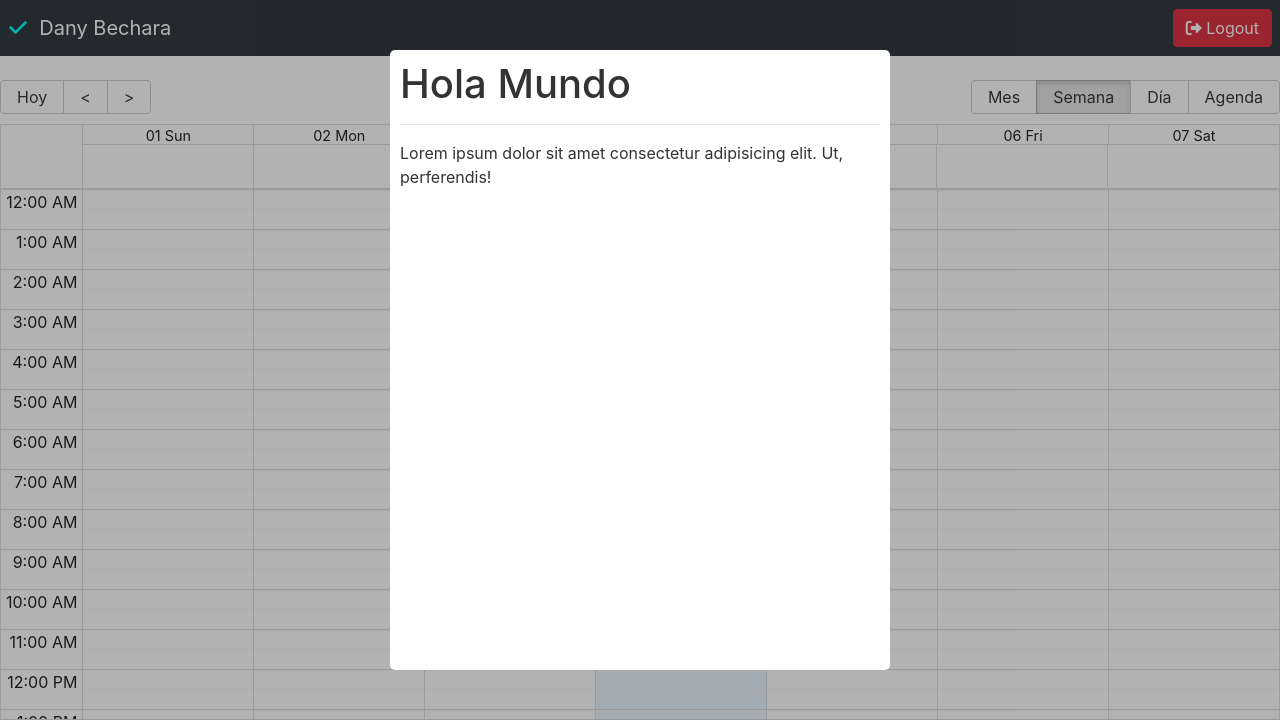
Repository: bechara611/calendar-frontend
Page: /
An editor plug-in stored every save of this project. The page is shown before and after the next save, followed by the edit.
The browser window is 1280 px wide. The pictures show the whole page.
An inner scrolling area shows only its first screen. The project was rebuilt for these pictures with package versions that can differ from the ones it lists, and the page was loaded fresh each time. Also part of the build but not shown: vite.config.js. Imported but missing from the stored project, and not drawn on this page: src/auth.

Above is the page before, as saved 2023-01-05 11:11:44.

### index.html
<!DOCTYPE html>
<html lang="en">
  <head>
    <meta charset="UTF-8" />
    <link rel="icon" type="image/svg+xml" href="/vite.svg" />
    <meta name="viewport" content="width=device-width, initial-scale=1.0" />
    <title>CalendarDB</title>
    <link rel="stylesheet" href="https://cdn.jsdelivr.net/npm/bootstrap@4.5.3/dist/css/bootstrap.min.css" integrity="sha384-TX8t27EcRE3e/ihU7zmQxVncDAy5uIKz4rEkgIXeMed4M0jlfIDPvg6uqKI2xXr2" crossorigin="anonymous">
    <link rel="stylesheet" href="https://cdnjs.cloudflare.com/ajax/libs/font-awesome/6.2.1/css/all.min.css" integrity="sha512-MV7K8+y+gLIBoVD59lQIYicR65iaqukzvf/nwasF0nqhPay5w/9lJmVM2hMDcnK1OnMGCdVK+iQrJ7lzPJQd1w==" crossorigin="anonymous" referrerpolicy="no-referrer" />
  </head>
  <body>
    <div id="root"></div>
    <script type="module" src="/src/main.jsx"></script>
  </body>
</html>

### src/main.jsx
import React from 'react'
import ReactDOM from 'react-dom/client'
import { BrowserRouter } from 'react-router-dom'
import { CalendarApp } from './CalendarApp'
import './styles.css'

ReactDOM.createRoot(document.getElementById('root')).render(


    <BrowserRouter>
      <CalendarApp />
    </BrowserRouter>

)

### src/CalendarApp.jsx
import React from 'react'
import { AppRouter } from './router/AppRouter'

export const CalendarApp = () => {
  return (
   <AppRouter></AppRouter>
  )
}

### src/styles.css
:root {
    --ColorAzul: blue;
  }

### src/router/AppRouter.jsx
import React from 'react'
import { Navigate, Route, Routes } from 'react-router-dom'
import { LoginPages } from '../auth/'
import { CalendarPages } from '../calendar/'


export const AppRouter = () => {
 // const authStatus = 'not-authenticated'
  const authStatus = 'authenticated'
  return (
    <Routes>
      {
        (authStatus === 'not-authenticated'
          ? <Route path='/auth/*' element={<LoginPages></LoginPages>}></Route>
          : <Route path='/*' element={<CalendarPages></CalendarPages>}></Route>
        )
      }
      <Route path='/*' element={<Navigate to={'/auth/login'}></Navigate>}></Route>

    </Routes>
  )
}

### src/calendar/index.js
export * from './pages/CalendarPages'
export * from './components/NavBar'

### src/calendar/pages/CalendarPages.jsx

import 'react-big-calendar/lib/css/react-big-calendar.css'
import React, { useState } from 'react'
import { Calendar } from 'react-big-calendar'
import { NavBar } from '../components/NavBar'
import { localizer } from '../../helpers/'
import { getMessages } from '../../helpers/Messages'
import { CalendarEvent } from '../components/CalendarEvent'
import { addHours } from "date-fns";
import { CalendarModal } from '../components/CalendarModal'

export const Events = [{
  title: 'Cumple de dany',
  notes: 'Torta para Dany',
  start: new Date(),
  end: addHours(new Date(), 3),
  bgColor: '#fafafa',
  user: {
    id: '123',
    name: 'Dany Bechara'
  }
}]




export const CalendarPages = () => {

const [lastView, setlastView] = useState(localStorage.getItem('lastview')|| 'week')

const onDoubleClick = (evento) => {
  console.log({ doubleClick: evento })
}
const onClick = (evento) => {
  console.log({ Click: evento })
}
const onViewChange = (evento) => {

  localStorage.setItem('lastview',evento)
  setlastView(localStorage.getItem('lastview'));
}

const eventStyleGetter = (event, start, end, isSelected) => {
  const style = {
    backgroundColor: isSelected ?  '#347CF7' : '',
    borderRadius: '0px',
    fontSize:'12px',
    opacity: 0.8,
    color: 'white'
  }
    return { style }
}
  return (
    <>
      <NavBar></NavBar>
      <Calendar
      view={lastView}
        localizer={localizer}
        events={Events}
        startAccessor="start"
        endAccessor="end"
        messages={getMessages()}
        style={{ height: 'calc( 100vh - 80px )' }}
        eventPropGetter={eventStyleGetter}
        components={{
          event: CalendarEvent
        }}
        onDoubleClickEvent={onDoubleClick}
        onSelectEvent={onClick}
        onView={onViewChange}
      />
      <CalendarModal></CalendarModal>
    </>

  )
}

### src/calendar/components/NavBar.jsx
import React from 'react'
import './NavBar.css'
export const NavBar = () => {
  return (
    <div className="navbar navbar-dark bg-dark mb-4 px-2">
    <span className='navbar-brand'>

    <i className="fa-sharp fa-solid fa-check icono"></i>

    &nbsp;
    Dany Bechara
    </span>
    <button className='btn btn-danger '>
    <i className="fa-solid fa-right-from-bracket"></i>

    <span> Logout</span>
    </button>
    </div>
  )
}

### src/helpers/index.js
export * from './CalendarLocalizer'

### src/helpers/Messages.js
export const getMessages =()=>{
    return {
        allDay: 'Todo el día',
        previous: '<',
        next: '>',
        today: 'Hoy',
        month: 'Mes',
        week: 'Semana',
        day: 'Día',
        agenda: 'Agenda',
        date: 'Fecha',
        time: 'Hora',
        event: 'Evento',
        noEventsInRange: 'No hay eventos en este rango',
        showMore: total => `+ Ver más (${total})`
    };
}

### src/calendar/components/CalendarEvent.jsx
import React from 'react'

export const CalendarEvent = ({ event }) => {

    const { title, user } = event
    return (
        <>
            <strong>{title}</strong>
            <span> - {user.name}</span>
        </>)
}

### src/calendar/components/CalendarModal.jsx
import React, { useState } from 'react'
import ReactModal from 'react-modal'
import Modal from 'react-modal'
import './CalendarModal.css'
const customStyles = {
    content: {
        top: '50%',
        left: '50%',
        right: 'auto',
        bottom: 'auto',
        marginRight: '-50%',
        transform: 'translate(-50%, -50%)',
    },
};
Modal.setAppElement('#root');
export const CalendarModal = () => {
    const [isOpen, setisOpen] = useState(true)

    const onCloseModal = () => {
        console.log('cerrando modal')
        setisOpen(false)
    }
    return (
        <>
            <Modal
                isOpen={isOpen}
                onRequestClose={onCloseModal}
                style={customStyles}
                className='modal'
                overlayClassName='modal-fondo'
                closeTimeoutMS={200}
            >
                <h1>Hola Mundo</h1>
                <hr />
                <p>Lorem ipsum dolor sit amet consectetur adipisicing elit. Ut, perferendis!</p>
            </Modal>
        </>
    )
}

### src/calendar/components/NavBar.css
.icono{
color: aqua;
}

### src/helpers/CalendarLocalizer.js
import {format,parse,startOfWeek,getDay} from 'date-fns'
import enUS from 'date-fns/locale/en-US'
import { dateFnsLocalizer } from 'react-big-calendar'

const locales = {
    'en-US': enUS,
  }

 export const localizer = dateFnsLocalizer({
    format,
    parse,
    startOfWeek,
    getDay,
    locales,
  })

### src/calendar/components/CalendarModal.css
/* Modal */
.ReactModalPortal > div{
    opacity: 0;
}

.ReactModalPortal .ReactModal__Overlay {
    align-items: center;
    display: flex;
    justify-content: center;
    transition: opacity .2s ease-in-out;
    z-index: 999;
}

.modal-fondo {
    background-color: rgba(0, 0, 0, 0.3);
    bottom: 0;
    left: 0;
    right: 0;
    top: 0;
    position: fixed;
}

.ReactModalPortal .ReactModal__Overlay--after-open {
    opacity: 1;
}

.ReactModalPortal .ReactModal__Overlay--before-close {
    opacity: 0;
}

.modal {
    background: white;
    border-radius: 5px;
    color: rgb(51, 51, 51);
    display: inline;
    max-height: 620px;
    max-width: 500px;
    outline: none;
    padding: 10px;
}

After the next save:
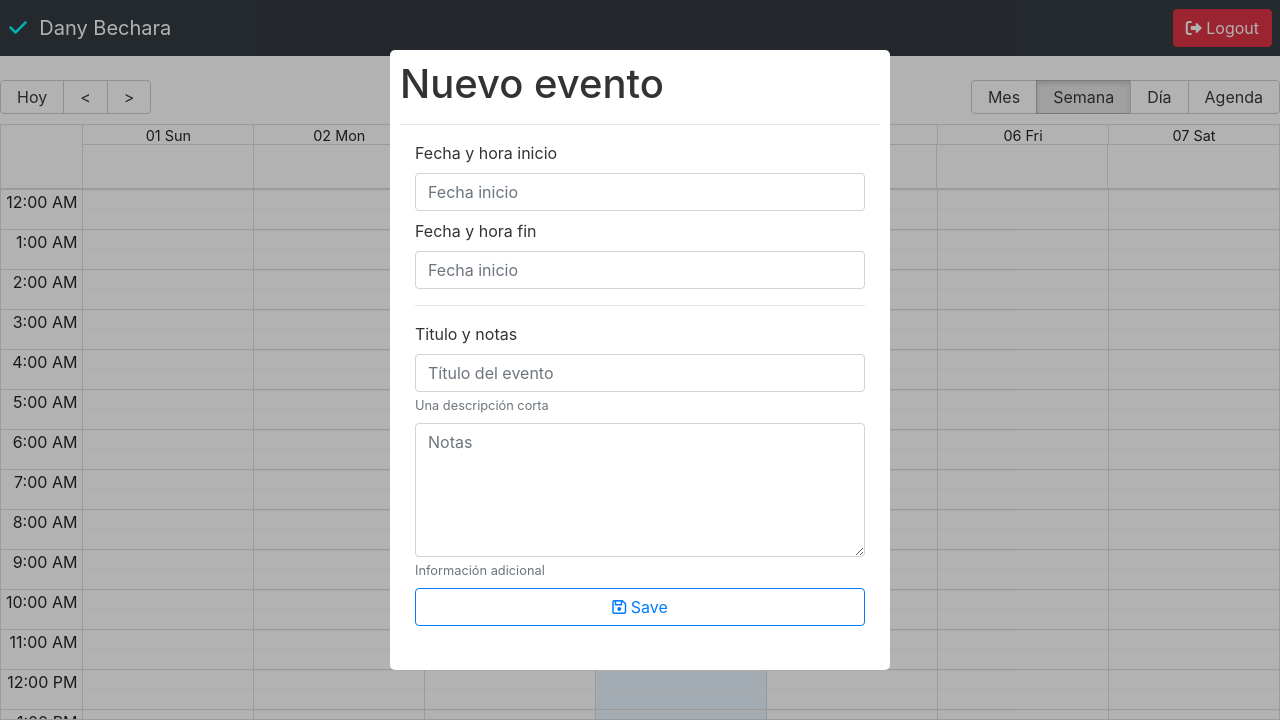
Saved 8 min 20 s later.
--- a/src/calendar/components/CalendarModal.jsx
+++ b/src/calendar/components/CalendarModal.jsx
@@ -30,9 +30,53 @@ export const CalendarModal = () => {
                 overlayClassName='modal-fondo'
                 closeTimeoutMS={200}
             >
-                <h1>Hola Mundo</h1>
+                <h1> Nuevo evento </h1>
                 <hr />
-                <p>Lorem ipsum dolor sit amet consectetur adipisicing elit. Ut, perferendis!</p>
+                <form className="container">
+
+                    <div className="form-group mb-2">
+                        <label>Fecha y hora inicio</label>
+                        <input className="form-control" placeholder="Fecha inicio" />
+                    </div>
+
+                    <div className="form-group mb-2">
+                        <label>Fecha y hora fin</label>
+                        <input className="form-control" placeholder="Fecha inicio" />
+                    </div>
+
+                    <hr />
+                    <div className="form-group mb-2">
+                        <label>Titulo y notas</label>
+                        <input
+                            type="text"
+                            className="form-control"
+                            placeholder="Título del evento"
+                            name="title"
+                            autoComplete="off"
+                        />
+                        <small id="emailHelp" className="form-text text-muted">Una descripción corta</small>
+                    </div>
+
+                    <div className="form-group mb-2">
+                        <textarea
+                            type="text"
+                            className="form-control"
+                            placeholder="Notas"
+                            rows="5"
+                            name="notes"
+                        ></textarea>
+                        <small id="emailHelp" className="form-text text-muted">Información adicional</small>
+                    </div>
+
+                    <button
+                        type="submit"
+                        className="btn btn-outline-primary btn-block"
+                    >
+                        <i className="far fa-save"></i>
+                        <span> Save</span>
+                    </button>
+
+                </form>
             </Modal>
         </>
     )
